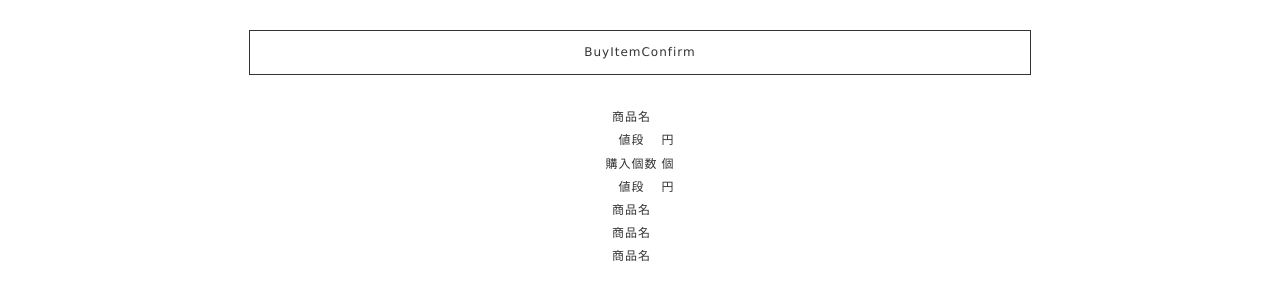
Repository: NoriakiYasumura/test01
Page: http://localhost/template/buyItemConfirm.jsp
An editor plug-in stored every save of this project. The page is shown before and after the next save, followed by the edit.
The browser window is 1280 px wide. The pictures show the whole page.
The page is served by Tomcat 9. Other server files are loaded and not shown.

Above is the page before, as saved 2019-04-09 04:28:56.

### template/WebContent/buyItemConfirm.jsp
<%@ page language="java" contentType="text/html; charset=UTF-8"
    pageEncoding="UTF-8"%>
<%@ taglib prefix="s" uri="/struts-tags" %>
<!DOCTYPE html>
<html>
	<head>
		<meta http-equiv="Content-Type" content="text/html; charset=UTF-8"/>
		<meta http-equiv="Content-Style-Type" content="text/css"/>
		<meta http-equiv="Content-Script-Type" content="text/javascript"/>
		<meta http-equiv="imagetoolbar" content="no"/>
		<meta name="description" content=""/>
		<meta name="keywords" content=""/>
		<title>buyItemConfirm画面</title>

		<style type="text/css">
			/* TAG LAYOUT */
			body{
					margin:0;
					padding:0;
					line-height:1.6;
					letter-spacing:1px;
					font-family:Verdana,Helvetica,sans-serif;
					font-size:12px;
					color:#333;
					background:#fff;
			}
			table{
				text-align:center;
				margin:0 auto;
			}
			/* ID LAYOUT */
			#top{
				width:780px;
				margin:30px auto;
				border:1px solid #333;
			}
			#main{
				width:100%;
				height:500px;
				text-align:center;
			}
			#footer{
				width:100%;
				height:80px;
				background-color:black;
				clear:both;
			}
		</style>
	</head>
	<body>
		<div id="header"></div>

		<div id="main">
			<div id="top">
				<p>BuyItemConfirm</p>
			</div>
			<div>
				<s:form action="BuyItemConfirmAction">
					<table>
						<tr>
							<td>商品名</td>
							<td><s:property value="session.buyItem_name"/></td>
						</tr>
						<tr>
							<td>値段</td>
							<td>
								<s:property value="session.buyItem_price"/>
								<span>円</span>
							</td>

						</tr>
						<tr>
							<td>購入個数</td>
							<td>
								<s:property value="session.stock"/>
								<span>個</span>
							</td>

						</tr>
						<tr>
							<td>値段</td>
							<td>
								<s:property value="session.buyItem_price"/>
								<span>円</span>
							</td>

						</tr>
							<td>商品名</td>
							<td><s:property value="session.buyItem_name"/></td>
						</tr>
							<td>商品名</td>
							<td><s:property value="session.buyItem_name"/></td>
						</tr>
							<td>商品名</td>
							<td><s:property value="session.buyItem_name"/></td>
						</tr>
					</table>
				</s:form>
			</div>
		</div>
	</body>
</html>

After the next save:
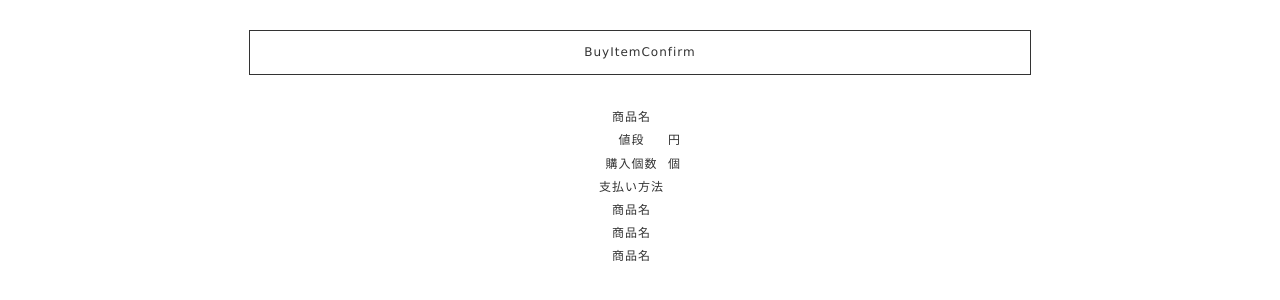
Saved 91 s later.
--- a/template/WebContent/buyItemConfirm.jsp
+++ b/template/WebContent/buyItemConfirm.jsp
@@ -78,10 +78,9 @@
 
 						</tr>
 						<tr>
-							<td>値段</td>
+							<td>支払い方法</td>
 							<td>
-								<s:property value="session.buyItem_price"/>
-								<span>円</span>
+								<s:property value="session.pay"/>
 							</td>
 
 						</tr>
